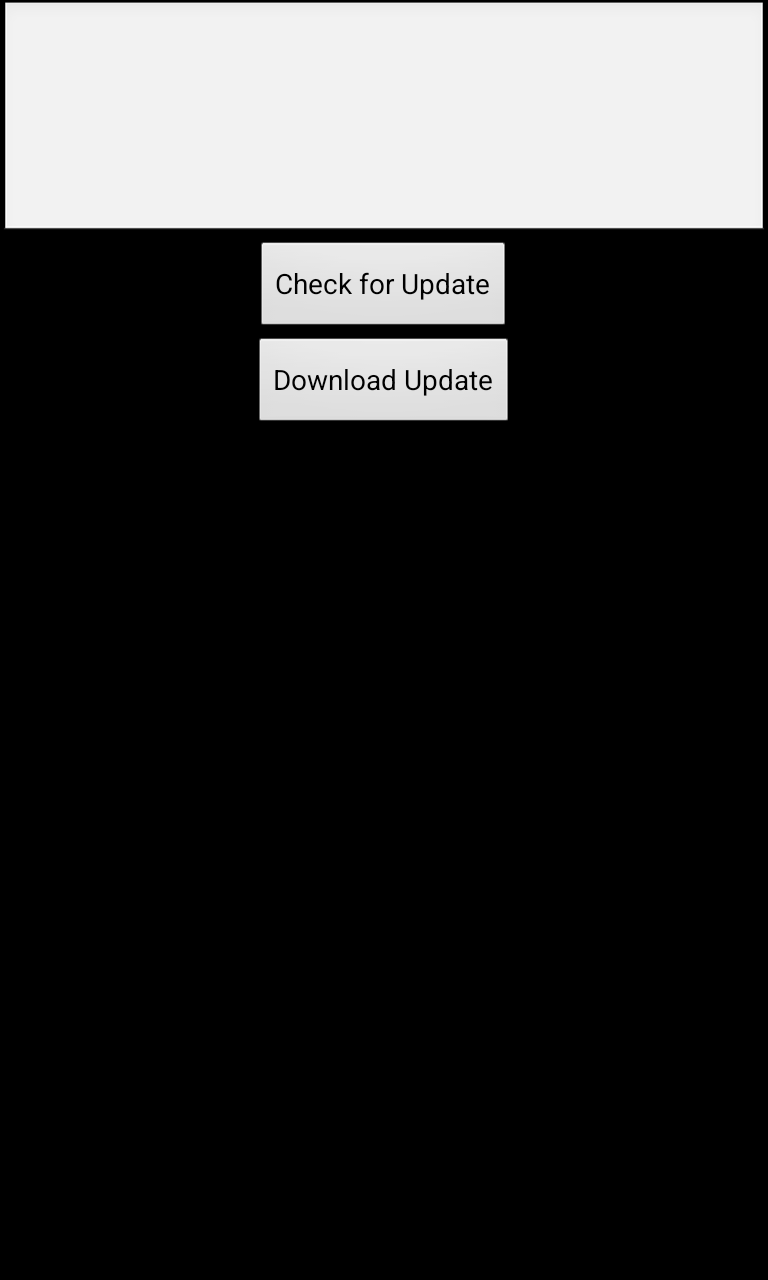
Repository: JerryScript-duplicate/BacksideUpdater
Layout: BacksideUpdater/res/layout/main.xml
The author's editor kept a copy of each file at every save. The layout is drawn from the files as they stood at one save, then again after a run of saves.
It is drawn on a 768 x 1280 px phone screen (xhdpi) without system bars, with theme android:Theme; the app's code is not run.

Above is the layout before, as saved 2012-01-18 19:31:31.

### BacksideUpdater/res/layout/main.xml
<?xml version="1.0" encoding="utf-8"?>
<LinearLayout xmlns:android="http://schemas.android.com/apk/res/android"
    android:layout_width="fill_parent"
    android:layout_height="fill_parent"
    android:orientation="vertical" >

    <LinearLayout
        android:id="@+id/LinearLayout01"
        android:layout_width="wrap_content"
        android:layout_height="wrap_content" >
    </LinearLayout>

    <EditText
        android:id="@+id/bannerTitle"
        android:layout_width="fill_parent"
        android:layout_height="120dp" >
    </EditText>

    <Button
        android:id="@+id/BacksideUpdaterChecker"
        android:layout_width="wrap_content"
        android:layout_height="wrap_content"
        android:onClick="updateCheckerHandler"
        android:gravity="center"
        android:layout_gravity="center"
        android:text="@string/check4up_button_text" />

    <Button
        android:id="@+id/BacksideUpdaterButton"
        android:layout_width="wrap_content"
        android:layout_height="wrap_content"
        android:onClick="updateNowHandler"
        android:gravity="center"
        android:layout_gravity="center"
        android:text="@string/updateNow_button_text" />

    <TextView
        android:id="@+id/pagetext"
        android:layout_width="fill_parent"
        android:layout_height="fill_parent"
        android:scrollbars="vertical" >
    </TextView>

</LinearLayout>

### BacksideUpdater/res/values/strings.xml
<?xml version="1.0" encoding="utf-8"?>
<resources>

    <string name="hello">BACKside-IHO-VM670 Update Checker</string>
    <string name="app_name">BacksideUpdater</string>
    <string name="check4up_button_text">Check for Update</string>
    <string name="updateNow_button_text">Download Update</string>

</resources>

After the next 2 saves:
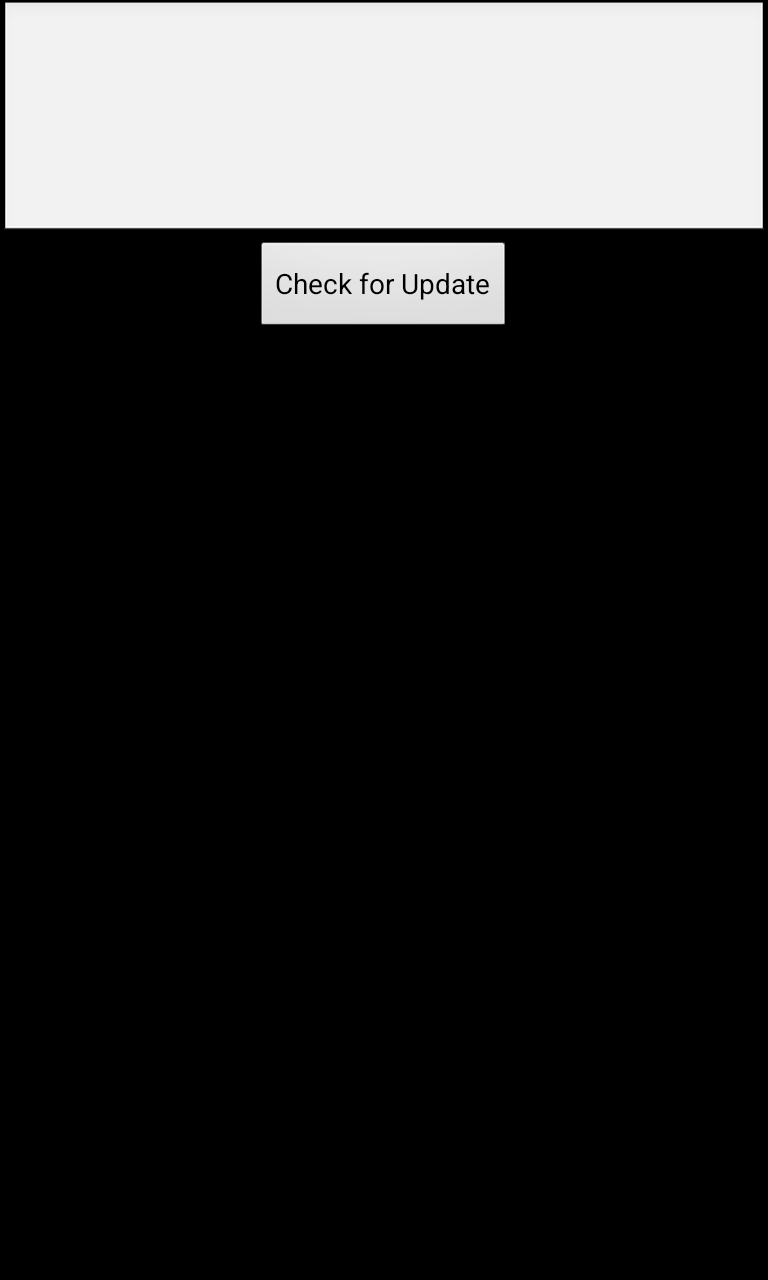
The 2 saves are shown as one change because 1 did not build or start.
The last was saved 2 min 8 s later.
--- a/BacksideUpdater/res/layout/main.xml
+++ b/BacksideUpdater/res/layout/main.xml
@@ -17,22 +17,13 @@
     </EditText>
 
     <Button
-        android:id="@+id/BacksideUpdaterChecker"
+        android:id="@+id/BacksideUpdaterButton"
         android:layout_width="wrap_content"
         android:layout_height="wrap_content"
-        android:onClick="updateCheckerHandler"
+        android:onClick="myClickHandler"
         android:gravity="center"
         android:layout_gravity="center"
         android:text="@string/check4up_button_text" />
-
-    <Button
-        android:id="@+id/BacksideUpdaterButton"
-        android:layout_width="wrap_content"
-        android:layout_height="wrap_content"
-        android:onClick="updateNowHandler"
-        android:gravity="center"
-        android:layout_gravity="center"
-        android:text="@string/updateNow_button_text" />
 
     <TextView
         android:id="@+id/pagetext"
--- a/BacksideUpdater/res/values/strings.xml
+++ b/BacksideUpdater/res/values/strings.xml
@@ -4,6 +4,5 @@
     <string name="hello">BACKside-IHO-VM670 Update Checker</string>
     <string name="app_name">BacksideUpdater</string>
     <string name="check4up_button_text">Check for Update</string>
-    <string name="updateNow_button_text">Download Update</string>
 
 </resources>
